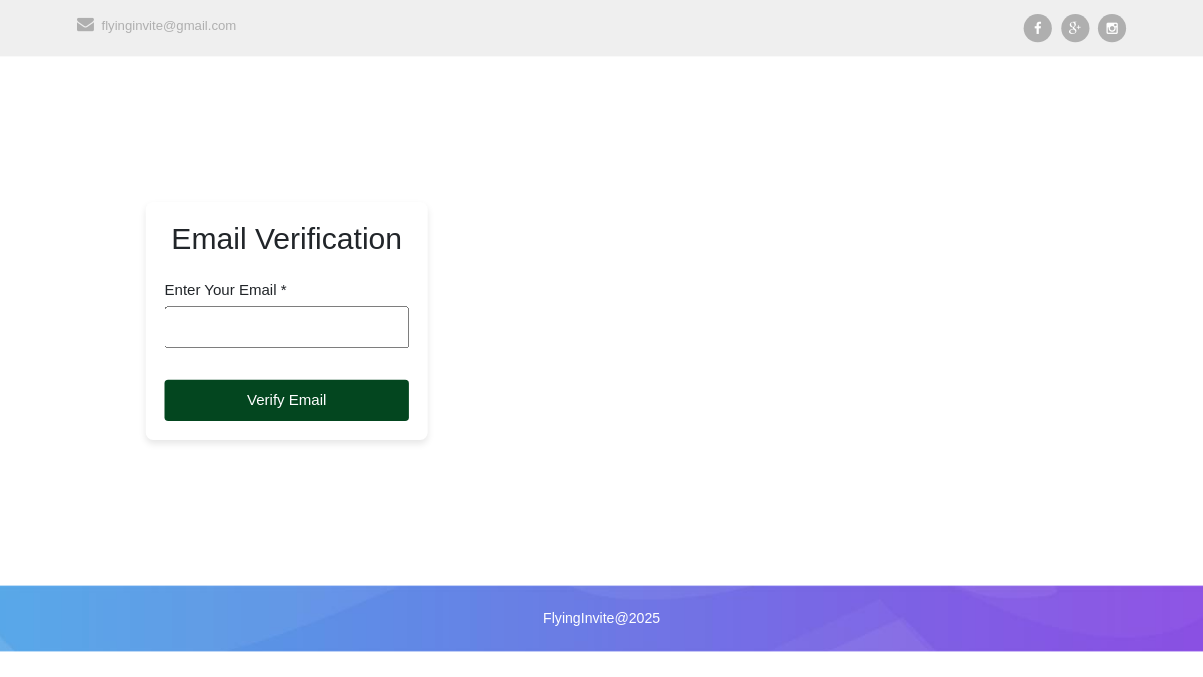
Repository: viraj7551/Flying-Invite-Project
Page: http://localhost/FlyingInvite/verifyEmail.jsp
The author's editor kept a copy of each file at every save. The page is drawn from the files as they stood at one save, then again after the next save.
The browser window is 1280 px wide. The pictures show the whole page, at 94% of full size.
The page is served by Tomcat 9. Other server files are loaded and not shown.

Above is the page before, as saved 2025-04-20 09:14:55.

### FlyingInvite/WebContent/verifyEmail.jsp
<%@ page language="java" contentType="text/html; charset=ISO-8859-1"
    pageEncoding="ISO-8859-1"%>
<!DOCTYPE html>
<html>
<head>
  <meta charset="UTF-8">
  <meta name="viewport" content="width=device-width, initial-scale=1, shrink-to-fit=no">
  <meta name="description" content="">
  <meta name="author" content="">
  <link rel="preconnect" href="https://fonts.googleapis.com">
  <link rel="preconnect" href="https://fonts.gstatic.com" crossorigin>
  <link href="https://fonts.googleapis.com/css2?family=Poppins:wght@100;200;300;400;500;600;700;800;900&display=swap" rel="stylesheet">

  <title>Flying Invite | Name Suggestor</title>

  <!-- Bootstrap core CSS -->
  <link href="vendor/bootstrap/css/bootstrap.min.css" rel="stylesheet">


  <!-- Additional CSS Files -->
  <link rel="stylesheet" href="assets/css/fontawesome.css">
  <link rel="stylesheet" href="assets/css/app.css">
  <link rel="stylesheet" href="assets/css/animated.css">
  <link rel="stylesheet" href="assets/css/owl.css">
  <link rel="stylesheet" href="assets/css/style.css">
   <link rel="stylesheet" href="assets/css/style02.css">

  <script async src="https://www.googletagmanager.com/gtag/js?id=G-DZ4MP44ET9"></script>
<script>
  window.dataLayer = window.dataLayer || [];
  function gtag(){dataLayer.push(arguments);}
  gtag('js', new Date());

  gtag('config', 'G-DZ4MP44ET9');
</script>


</head>
<body>

   <%
      if(session.getAttribute("generatedOTP") != null){
    	  session.invalidate();
      }
   %>


 <!-- ***** Preloader Start ***** -->
  <div id="js-preloader" class="js-preloader">
    <div class="preloader-inner">
      <span class="dot"></span>
      <div class="dots">
        <span></span>
        <span></span>
        <span></span>
      </div>
    </div>
  </div>

    <!-- ***** Preloader End ***** -->

  <!-- Pre-header Starts -->
  <div class="pre-header">
    <div class="container">
      <div class="row">
        <div class="col-lg-8 col-sm-8 col-7">
          <ul class="info">
            <li><a href="#"><i class="fa fa-envelope"></i>flyinginvite@gmail.com</a></li>
          </ul>
        </div>
        <div class="col-lg-4 col-sm-4 col-5">
          <ul class="social-media">
            <li><a href="https://www.facebook.com/profile.php?id=61567671551405" target="_blank"><i class="fa fa-facebook"></i></a></li>
            <li><a href="#"><i class="fa fa-google-plus"></i></a></li>
            <li><a href="https://www.instagram.com/flyinginvite/?igsh=Yjh6aXM5eHZ3a3Nt" target="_blank"><i class="fa fa-instagram"></i></a></li>
          </ul>
        </div>
      </div>
    </div>
  </div>
  <!-- Pre-header End -->



    <div id="form-container">
        <h2>Email Verification</h2> <br>
        <form id="signup-form" method="POST" action="/Child_Name_Generator/VerifyEmail" onsubmit="return baby_name_generator()">
            <label for="email">Enter Your Email *</label>
            <input type="email" id="email" name="email" required><br>
            <button type="submit">Verify Email</button>
        </form>
    </div>












  <!-- Footer -->
  <footer>
    <div class="container">
      <div class="row">
        <div class="col-lg-12">
           <p>FlyingInvite@2025</p>
        </div>
      </div>
    </div>
  </footer>

  <!-- Scripts -->
  <script src="vendor/jquery/jquery.min.js"></script>
  <script src="vendor/bootstrap/js/bootstrap.bundle.min.js"></script>
  <script src="assets/js/owl-carousel.js"></script>
  <script src="assets/js/animation.js"></script>
  <script src="assets/js/imagesloaded.js"></script>
  <script src="assets/js/custom.js"></script>
  <script src="assets/js/app.js"></script>
</body>
</html>

### FlyingInvite/WebContent/assets/css/owl.css
/**
 * Owl Carousel v2.3.4
 * Copyright 2013-2018 David Deutsch
 * Licensed under: SEE LICENSE IN https://github.com/OwlCarousel2/OwlCarousel2/blob/master/LICENSE
 */
/*
 *  Owl Carousel - Core
 */
.owl-carousel {
  display: none;
  width: 100%;
  -webkit-tap-highlight-color: transparent;
  /* position relative and z-index fix webkit rendering fonts issue */
  position: relative;
  z-index: 1; }
  .owl-carousel .owl-stage {
    position: relative;
    -ms-touch-action: pan-Y;
    touch-action: manipulation;
    -moz-backface-visibility: hidden;
    /* fix firefox animation glitch */ }
  .owl-carousel .owl-stage:after {
    content: ".";
    display: block;
    clear: both;
    visibility: hidden;
    line-height: 0;
    height: 0; }
  .owl-carousel .owl-stage-outer {
    position: relative;
    overflow: hidden;
    /* fix for flashing background */
    -webkit-transform: translate3d(0px, 0px, 0px); }
  .owl-carousel .owl-wrapper,
  .owl-carousel .owl-item {
    -webkit-backface-visibility: hidden;
    -moz-backface-visibility: hidden;
    -ms-backface-visibility: hidden;
    -webkit-transform: translate3d(0, 0, 0);
    -moz-transform: translate3d(0, 0, 0);
    -ms-transform: translate3d(0, 0, 0); }
  .owl-carousel .owl-item {
    position: relative;
    min-height: 1px;
    float: left;
    -webkit-backface-visibility: hidden;
    -webkit-tap-highlight-color: transparent;
    -webkit-touch-callout: none; }
  .owl-carousel .owl-item img {
    display: block;
    width: 100%; }
  .owl-carousel .owl-nav.disabled,
  .owl-carousel .owl-dots.disabled {
    display: none; }
  .owl-carousel .owl-nav .owl-prev,
  .owl-carousel .owl-nav .owl-next,
  .owl-carousel .owl-dot {
    cursor: pointer;
    -webkit-user-select: none;
    -khtml-user-select: none;
    -moz-user-select: none;
    -ms-user-select: none;
    user-select: none; }
  .owl-carousel .owl-nav button.owl-prev,
  .owl-carousel .owl-nav button.owl-next,
  .owl-carousel button.owl-dot {
    background: none;
    color: inherit;
    border: none;
    padding: 0 !important;
    font: inherit; }
  .owl-carousel.owl-loaded {
    display: block; }
  .owl-carousel.owl-loading {
    opacity: 0;
    display: block; }
  .owl-carousel.owl-hidden {
    opacity: 0; }
  .owl-carousel.owl-refresh .owl-item {
    visibility: hidden; }
  .owl-carousel.owl-drag .owl-item {
    -ms-touch-action: pan-y;
        touch-action: pan-y;
    -webkit-user-select: none;
    -moz-user-select: none;
    -ms-user-select: none;
    user-select: none; }
  .owl-carousel.owl-grab {
    cursor: move;
    cursor: grab; }
  .owl-carousel.owl-rtl {
    direction: rtl; }
  .owl-carousel.owl-rtl .owl-item {
    float: right; }

/* No Js */
.no-js .owl-carousel {
  display: block; }

/*
 *  Owl Carousel - Animate Plugin
 */
.owl-carousel .animated {
  animation-duration: 1000ms;
  animation-fill-mode: both; }

.owl-carousel .owl-animated-in {
  z-index: 0; }

.owl-carousel .owl-animated-out {
  z-index: 1; }

.owl-carousel .fadeOut {
  animation-name: fadeOut; }

@keyframes fadeOut {
  0% {
    opacity: 1; }
  100% {
    opacity: 0; } }

/*
 * 	Owl Carousel - Auto Height Plugin
 */
.owl-height {
  transition: height 500ms ease-in-out; }

/*
 * 	Owl Carousel - Lazy Load Plugin
 */
.owl-carousel .owl-item {
  /**
			This is introduced due to a bug in IE11 where lazy loading combined with autoheight plugin causes a wrong
			calculation of the height of the owl-item that breaks page layouts
		 */ }
  .owl-carousel .owl-item .owl-lazy {
    opacity: 0;
    transition: opacity 400ms ease; }
  .owl-carousel .owl-item .owl-lazy[src^=""], .owl-carousel .owl-item .owl-lazy:not([src]) {
    max-height: 0; }
  .owl-carousel .owl-item img.owl-lazy {
    transform-style: preserve-3d; }

/*
 * 	Owl Carousel - Video Plugin
 */
.owl-carousel .owl-video-wrapper {
  position: relative;
  height: 100%;
  background: #000; }

.owl-carousel .owl-video-play-icon {
  position: absolute;
  height: 80px;
  width: 80px;
  left: 50%;
  top: 50%;
  margin-left: -40px;
  margin-top: -40px;
  background: url("owl.video.play.png") no-repeat;
  cursor: pointer;
  z-index: 1;
  -webkit-backface-visibility: hidden;
  transition: transform 100ms ease; }

.owl-carousel .owl-video-play-icon:hover {
  -ms-transform: scale(1.3, 1.3);
      transform: scale(1.3, 1.3); }

.owl-carousel .owl-video-playing .owl-video-tn,
.owl-carousel .owl-video-playing .owl-video-play-icon {
  display: none; }

.owl-carousel .owl-video-tn {
  opacity: 0;
  height: 100%;
  background-position: center center;
  background-repeat: no-repeat;
  background-size: contain;
  transition: opacity 400ms ease; }

.owl-carousel .owl-video-frame {
  position: relative;
  z-index: 1;
  height: 100%;
  width: 100%; }

### FlyingInvite/WebContent/assets/css/style.css
/* Aligns the heading text to the center. */

h1 {
    text-align: center;
  }

  /* Sets the width for the accordion. Sets the margin to 90px on the top and bottom and auto to the left and right */
.accordion-body{
    margin-top: 100px;
}


.navigate_section{
    margin: 90px auto;
}

#navigateHeader{
  display: none;
}
#navigateBtn{
  padding: 20px;
  background-color: #213448;
  color: #fff;
  margin-left: 350px;
  margin-top: 170px;
  margin-bottom: 170px;
  border-radius: 5px;
  width: max-content;
}
.blink_me{
  animation: blinker 1s linear infinite;
}

@keyframes blinker {
  50% {
    opacity: 0;
  }
}

#coming_soon_header{
  padding: 20px;
  color: #213448;
  margin-left: 350px;
  margin-top: 170px;
  margin-bottom: 170px;
  border-radius: 5px;
  width: max-content;
}

#navigateBtn:hover {
   background-color: #27548A;
}

  .accordion {
    width: 800px;
    margin: 90px auto;
    color: black;
    background-color: white;
    padding: 45px 45px;
  }

  .accordion .container {
    position: relative;
    margin: 10px 10px;
  }

  /* Positions the labels relative to the .container. Adds padding to the top and bottom and increases font size. Also makes its cursor a pointer */

  .accordion .label {
    position: relative;
    padding: 10px 0;
    font-size: 24px;
    color: black;
    cursor: pointer;
  }

  /* Positions the plus sign 5px from the right. Centers it using the transform property. */

.accordion .label::before {
    content: '+';
    color: black;
    position: absolute;
    top: 50%;
    right: -5px;
    font-size: 24px;
    transform: translateY(-50%);
  }

  /* Hides the content (height: 0), decreases font size, justifies text and adds transition */

  .accordion .content {
    position: relative;
    background: white;
    height: 0;
    font-size: 16px;
    text-align: justify;
    width: 780px;
    overflow: hidden;
    transition: 0.5s;
  }

  /* Adds a horizontal line between the contents */

  .accordion hr {
    width: 100;
    margin-left: 0;
    border: 1px solid grey;
  }

  /* Unhides the content part when active. Sets the height */

.accordion .container.active .content {
    height: 90px;
  }




  /* Changes from plus sign to negative sign once active */

  .accordion .container.active .label::before {
    content: '-';
    font-size: 30px;
  }


 @media (max-width: 1200px) {
    #navigateBtn{
      margin-left: 180px;
     }
  }

 @media only screen and (max-width: 1024px) {
    #coming_soon_header{
      margin-left: 180px;
    }
}

 @media only screen and (max-width: 1180px) {
    #coming_soon_header{
      margin-left: 180px;
    }
  }


  @media (max-width: 992px) {


    .accordion .container.active .content{
      width: auto;
      height: 100px;
    }

    #navigateBtn{
    margin-left: 55px;
   }
  }

   @media only screen and (max-width: 932px) and (min-width: 740px){
  #navigateBtn{
    margin-left: 135px;
   }

   #navigateHeader{
    display: block;
    margin-left: 110px;
  }
  #coming_soon_header{
    margin-left: 110px;
  }
 }



  @media (max-width: 767px){

    .accordion{
        width: auto;
    }
    .accordion .label {
        font-size: 16px;
      }

      .accordion .content {
        font-size: 14px;
        text-align: justify;
        width: 200px;
        overflow: hidden;
      }

      #navigateHeader{
        display: block;
        margin-left: 20px;
      }

      #coming_soon_header{
        margin-left: 20px;
      }
  }

    @media only screen and (max-width: 360px){
      #navigateHeader{
        display: block;
        margin-left: 60px;
      }
  }

### FlyingInvite/WebContent/assets/css/style02.css
@charset "ISO-8859-1";

    /* styles.css */
body {
    font-family: Arial, sans-serif;

}

#form-container {
	margin: 155px;
    background-color: white;
    padding: 20px;
    border-radius: 8px;
    box-shadow: 0px 4px 8px rgba(0, 0, 0, 0.1);
    width: 300px;
    text-align: center;
}

form {
    display: flex;
    flex-direction: column;
    align-items: flex-start;
}

label {
    margin-bottom: 5px;
}

input {
    padding: 8px;
    margin-bottom: 10px;
    width: 100%;
    box-sizing: border-box;
}

select{
    padding: 8px;
    margin-bottom: 25px;
    width: 100%;
    box-sizing: border-box;
}

select > option{
    padding: 15px;
}

.caste_preference{
    display: flex;
    width: 100%;
    margin-bottom: 5px;
}

.starting_letter_specific{
    display: flex;
    width: 100%;
    margin-bottom: 5px;
}

.error{
    margin-top: -30px;
    margin-bottom: 20px;
    color: red;
    font-size: 14px;
    display: none;
}

button {
    padding: 10px;
    background-color: #03461f;
    color: white;
    border: none;
    border-radius: 4px;
    cursor: pointer;
    width: 100%;
}

button:hover {
    background-color: #03751ac4;
}

Loaded but not shown: FlyingInvite/WebContent/assets/css/fontawesome.css (library); FlyingInvite/WebContent/assets/css/animated.css (common file); FlyingInvite/WebContent/assets/js/owl-carousel.js (3448 lines, source omitted); FlyingInvite/WebContent/assets/js/imagesloaded.js (496 lines, source omitted); FlyingInvite/WebContent/assets/js/animation.js (193 lines, source omitted); FlyingInvite/WebContent/assets/js/custom.js (172 lines, source omitted); FlyingInvite/WebContent/assets/js/app.js (7 lines, source omitted); FlyingInvite/WebContent/assets/css/app.css (2123 lines, source omitted)

After the next save:
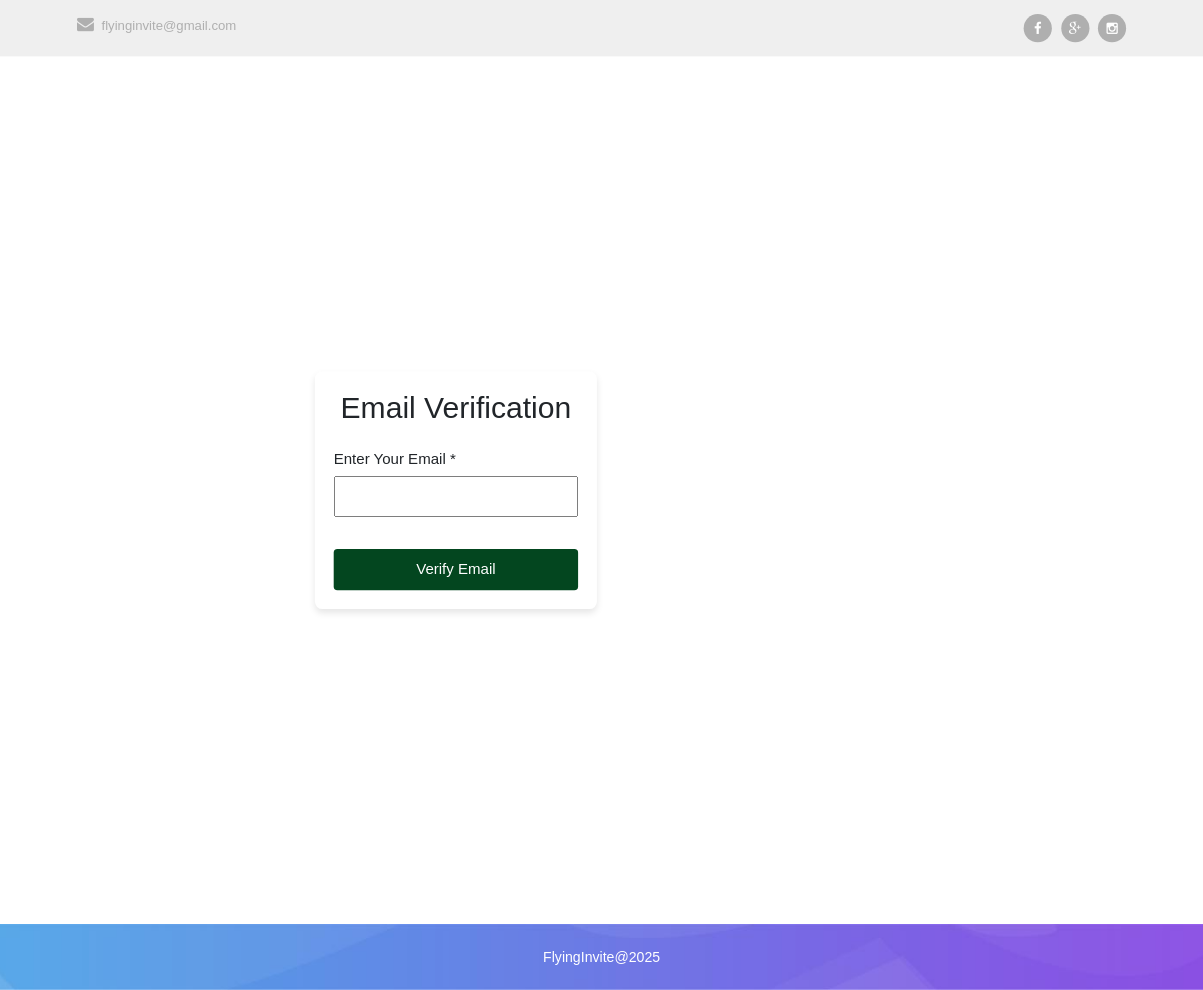
Saved 9 s later.
--- a/FlyingInvite/WebContent/assets/css/style02.css
+++ b/FlyingInvite/WebContent/assets/css/style02.css
@@ -7,7 +7,7 @@ body {
 }
 
 #form-container {
-	margin: 155px;
+	margin: 335px;
     background-color: white;
     padding: 20px;
     border-radius: 8px;
